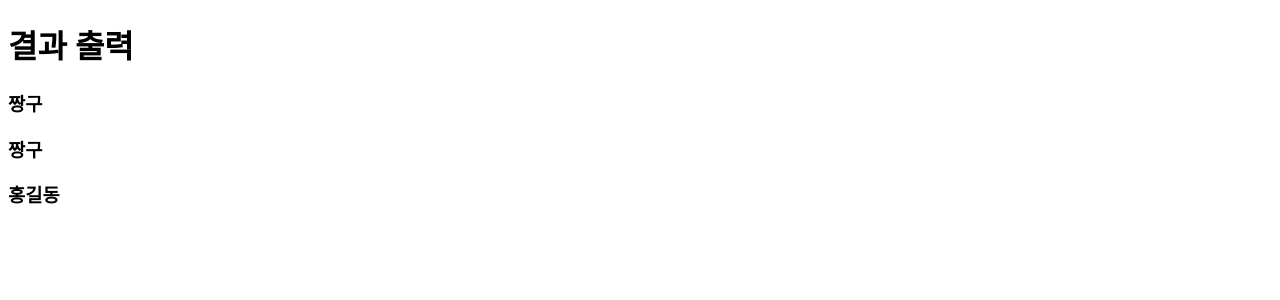
Repository: Kimth520/JSP-study
Page: http://localhost/day03/MyServlet
The author's editor kept a copy of each file at every save. The page is drawn from the files as they stood at one save, then again after a run of saves.
The browser window is 1280 px wide. The pictures show the whole page.
The page is served by Tomcat 9.

Above is the page before, as saved 2025-01-14 05:06:23.

### workspace/day03/src/main/webapp/jstlTest.jsp
<%@ page language="java" contentType="text/html; charset=UTF-8"
    pageEncoding="UTF-8"%>
<%@ taglib uri="http://java.sun.com/jsp/jstl/core" prefix="c" %>
<!DOCTYPE html>
<html>
<head>
<meta charset="UTF-8">
<title>Insert title here</title>
</head>
<body>
	<h1>결과 출력</h1>
	<h3><%=request.getAttribute("name") %></h3>
	<h3>${name}</h3>
	<% pageContext.setAttribute("name", "홍길동"); %>
	<h3>${name}</h3>
</body>
</html>

### workspace/day03/src/main/java/com/servlet/app/MyServlet.java
package com.servlet.app;

import java.io.IOException;
import javax.servlet.ServletException;
import javax.servlet.annotation.WebServlet;
import javax.servlet.http.HttpServlet;
import javax.servlet.http.HttpServletRequest;
import javax.servlet.http.HttpServletResponse;

/**
 * Servlet implementation class MyServlet
 */
//@WebServlet("/MyServlet")
public class MyServlet extends HttpServlet {
	private static final long serialVersionUID = 1L;

    /**
     * @see HttpServlet#HttpServlet()
     */
    public MyServlet() {
        super();
        // TODO Auto-generated constructor stub
    }

	/**
	 * @see HttpServlet#doGet(HttpServletRequest request, HttpServletResponse response)
	 */
	protected void doGet(HttpServletRequest request, HttpServletResponse response) throws ServletException, IOException {
		// TODO Auto-generated method stub
//		response.getWriter().append("Served at: ").append(request.getContextPath());

		request.setAttribute("name", "짱구");
//		request.getRequestDispatcher("jstlTest.jsp").forward(request, response);
		request.getRequestDispatcher("jstlTest.jsp?name=철수").forward(request, response);

	}

	/**
	 * @see HttpServlet#doPost(HttpServletRequest request, HttpServletResponse response)
	 */
	protected void doPost(HttpServletRequest request, HttpServletResponse response) throws ServletException, IOException {
		// TODO Auto-generated method stub
		doGet(request, response);
	}

}

After the next 2 saves:
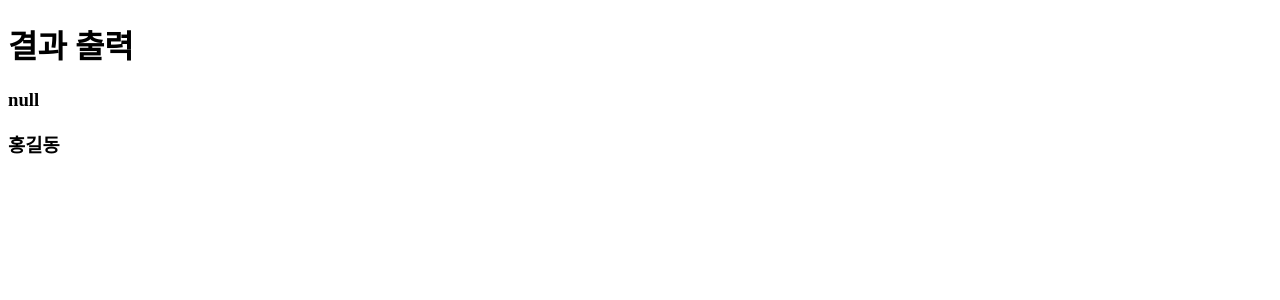
The 2 saves are shown as one change because they came seconds apart.
The last was saved 2 min 2 s later.
--- a/workspace/day03/src/main/java/com/servlet/app/MyServlet.java
+++ b/workspace/day03/src/main/java/com/servlet/app/MyServlet.java
@@ -29,8 +29,9 @@ public class MyServlet extends HttpServlet {
 		// TODO Auto-generated method stub
 //		response.getWriter().append("Served at: ").append(request.getContextPath());
 
-		request.setAttribute("name", "짱구");
+//		request.setAttribute("name", "짱구");
 //		request.getRequestDispatcher("jstlTest.jsp").forward(request, response);
+		request.setCharacterEncoding("UTF-8");
 		request.getRequestDispatcher("jstlTest.jsp?name=철수").forward(request, response);
 
 	}
